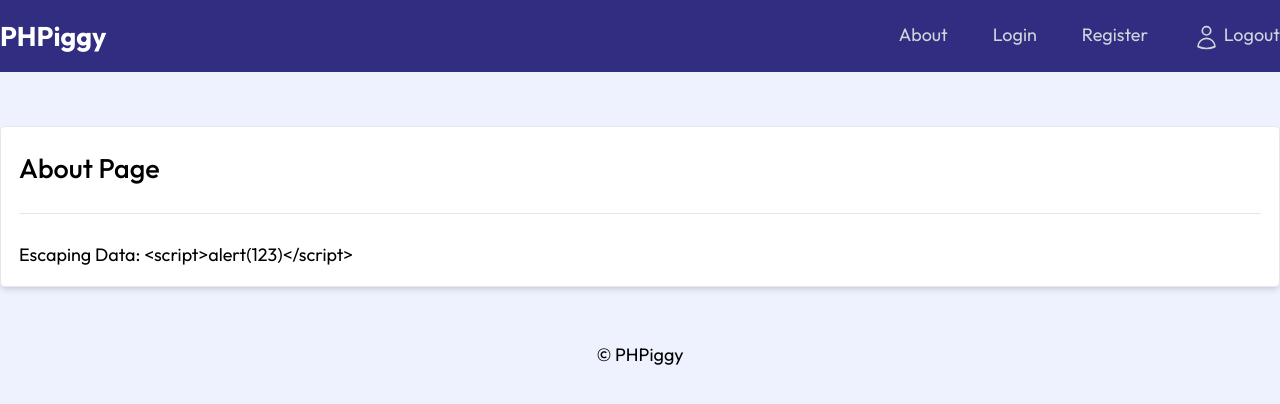
Repository: Conjet/PHPiggy
Page: http://localhost/about
An editor plug-in stored every save of this project. The page is shown before and after the next save, followed by the edit.
The browser window is 1280 px wide. The pictures show the whole page.
The page is run by PHP 8.4 with error messages shown; the project is at /var/www/html/.

Above is the page before, as saved 2023-09-08 23:29:22.

After the next save:
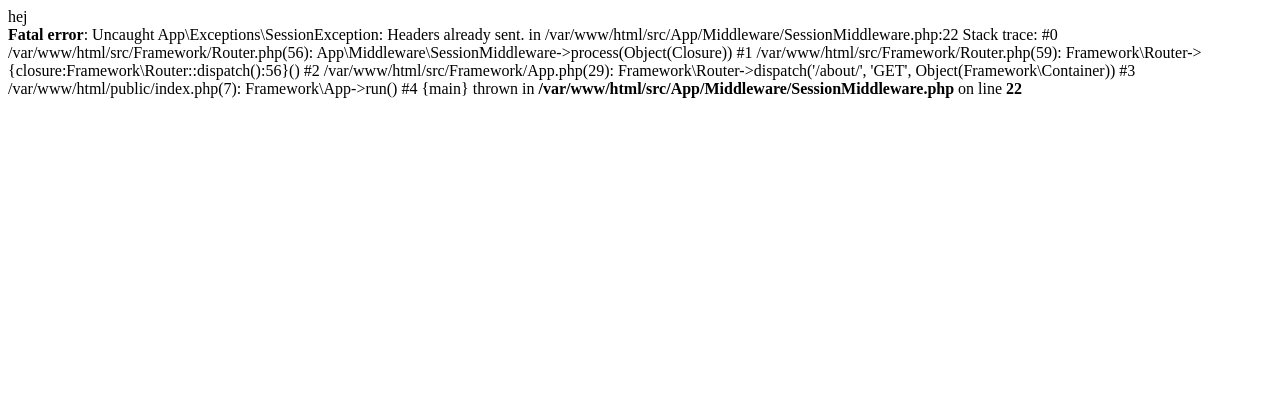
Saved 4 min 49 s later.
--- a/src/App/Middleware/SessionMiddleware.php
+++ b/src/App/Middleware/SessionMiddleware.php
@@ -14,6 +14,10 @@
         if (session_status() === PHP_SESSION_ACTIVE) {
             throw new SessionException("Session already active.");
         }
+
+        ob_end_clean();
+        echo "hej";
+
         if (headers_sent()) {
             throw new SessionException("Headers already sent.");
         }

After the save that followed:
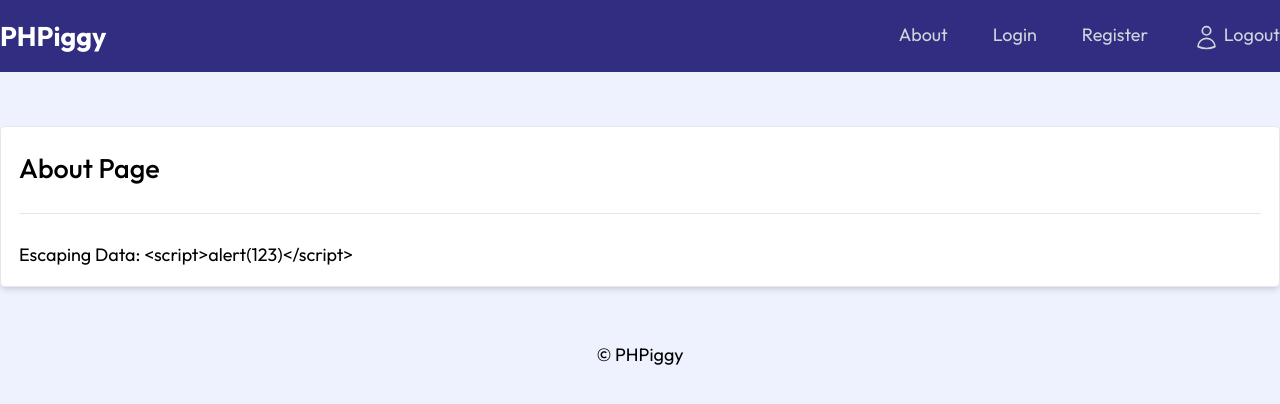
Saved 3 min 25 s later.
--- a/src/App/Middleware/SessionMiddleware.php
+++ b/src/App/Middleware/SessionMiddleware.php
@@ -15,11 +15,8 @@
             throw new SessionException("Session already active.");
         }
 
-        ob_end_clean();
-        echo "hej";
-
-        if (headers_sent()) {
-            throw new SessionException("Headers already sent.");
+        if (headers_sent($filename, $line)) {
+            throw new SessionException("Headers already sent. Consider enabling output buffering. Data outputted from {$filename} - Line: {$line}");
         }
         session_start();
 
